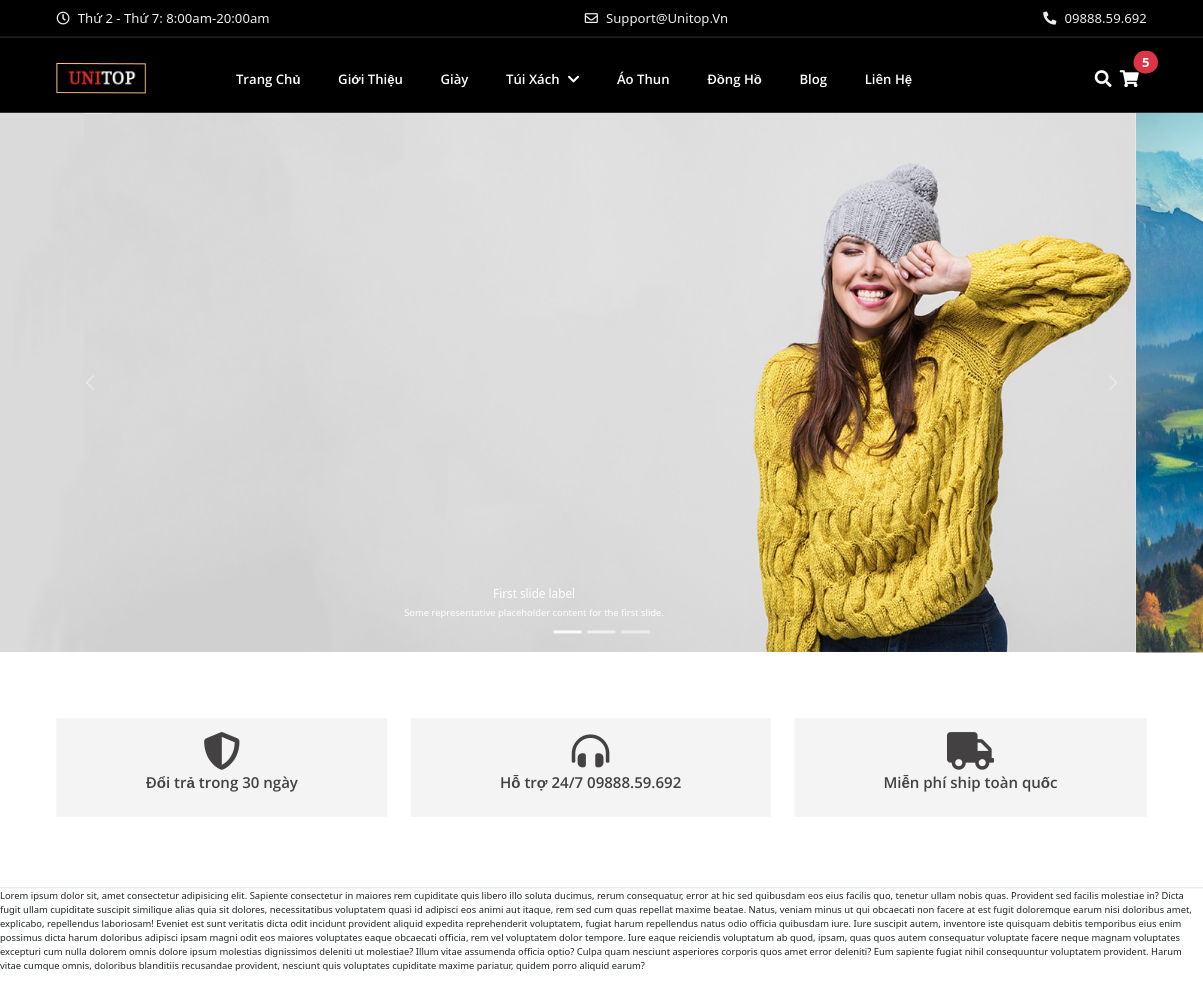
Repository: vinhtk0209/clothes-shop
Page: index.html
The author's editor kept a copy of each file at every save. The page is drawn from the files as they stood at one save, then again after the next save.
The browser window is 1280 px wide. The pictures show the whole page, at 94% of full size.

Above is the page before, as saved 2021-10-04 17:54:58.

After the next save:
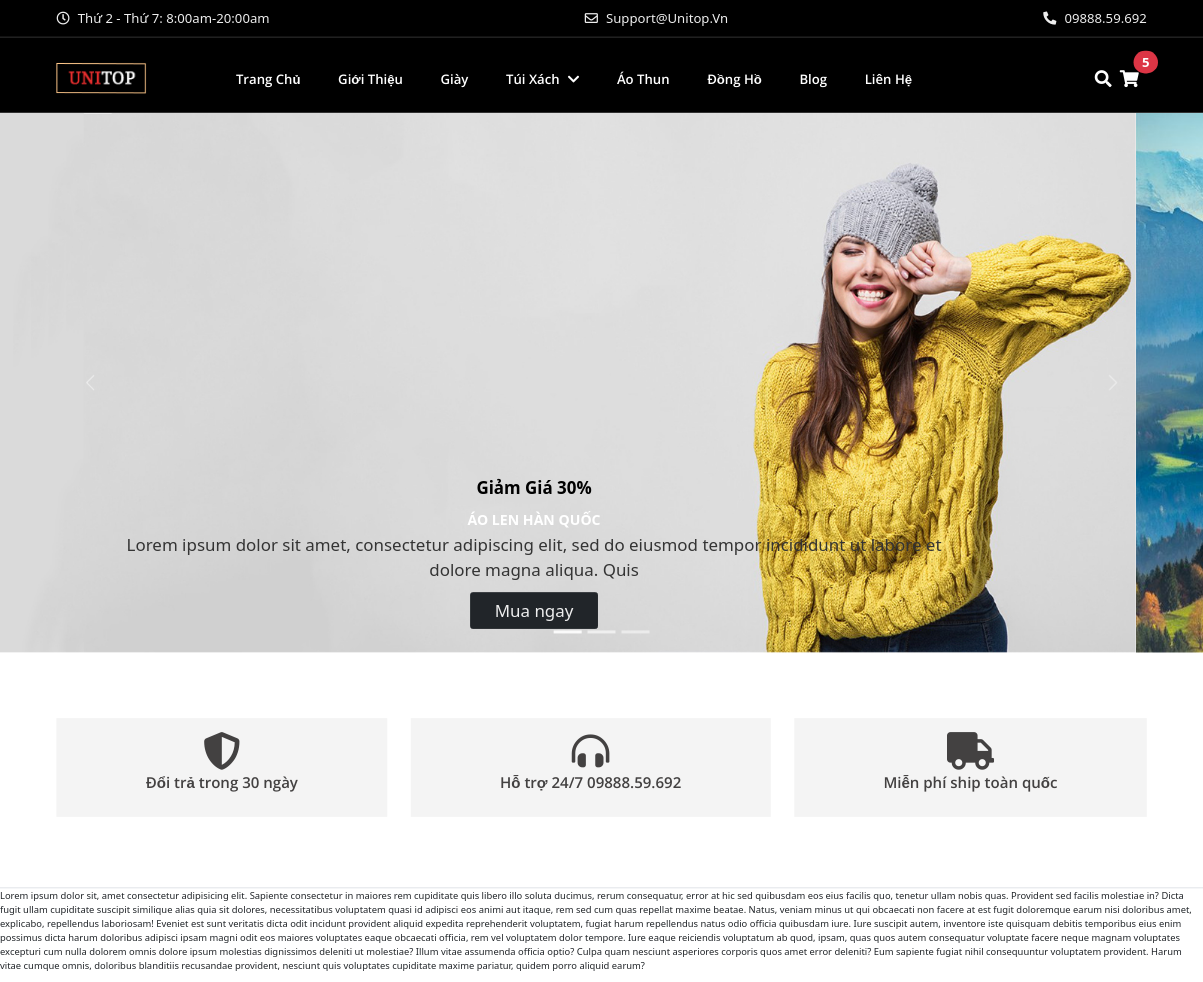
Saved 4 s later.
--- a/index.html
+++ b/index.html
@@ -198,8 +198,14 @@
             <div class="carousel-item active">
               <img src="assets/images/slide-1.png" class="d-block w-100" alt="...">
               <div class="carousel-caption d-none d-md-block">
-                <h5>First slide label</h5>
-                <p>Some representative placeholder content for the first slide.</p>
+                <p class="discount fs-18 fw-bold color-p-card-discount">Giảm Giá 30%</p>
+                <h4 class="product-name fw-bold">
+                  ÁO LEN HÀN QUỐC
+                </h4>
+                <p class="descr fs-18 color-p-card-descr fw-regular   ">
+                  Lorem ipsum dolor sit amet, consectetur adipiscing elit, sed do eiusmod tempor incididunt ut labore et dolore magna aliqua. Quis
+                </p>
+                <button type="button" class="btn btn-dark btn-buynow fs-18 text-button fw-regular pd-btn">Mua ngay</button>
               </div>
             </div>
             <div class="carousel-item">

After the 2 saves that followed:
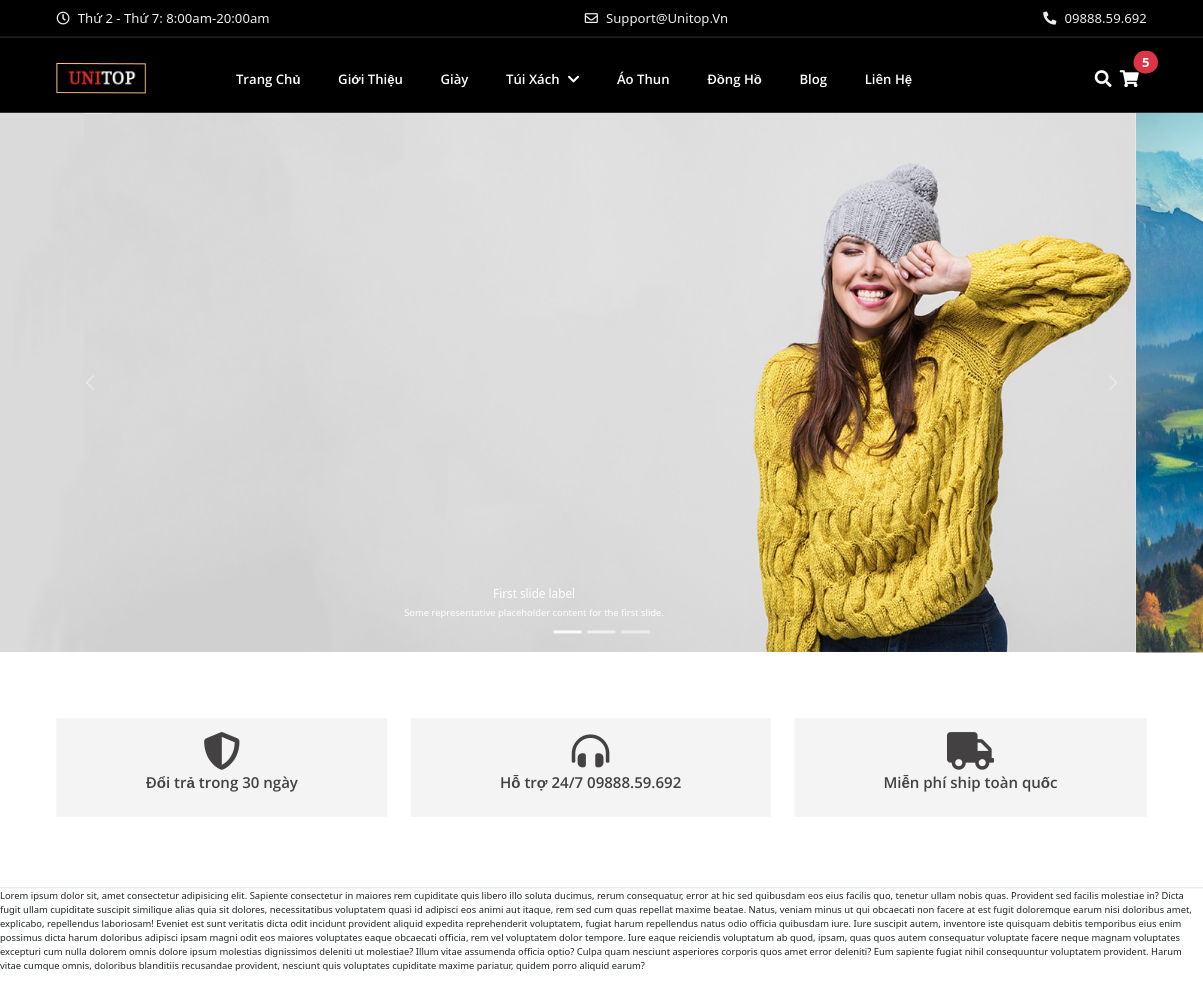
The 2 saves are shown as one change because 1 left the picture as it was.
The last was saved 39 s later.
--- a/index.html
+++ b/index.html
@@ -198,14 +198,8 @@
             <div class="carousel-item active">
               <img src="assets/images/slide-1.png" class="d-block w-100" alt="...">
               <div class="carousel-caption d-none d-md-block">
-                <p class="discount fs-18 fw-bold color-p-card-discount">Giảm Giá 30%</p>
-                <h4 class="product-name fw-bold">
-                  ÁO LEN HÀN QUỐC
-                </h4>
-                <p class="descr fs-18 color-p-card-descr fw-regular   ">
-                  Lorem ipsum dolor sit amet, consectetur adipiscing elit, sed do eiusmod tempor incididunt ut labore et dolore magna aliqua. Quis
-                </p>
-                <button type="button" class="btn btn-dark btn-buynow fs-18 text-button fw-regular pd-btn">Mua ngay</button>
+                <h5>First slide label</h5>
+                <p>Some representative placeholder content for the first slide.</p>
               </div>
             </div>
             <div class="carousel-item">
